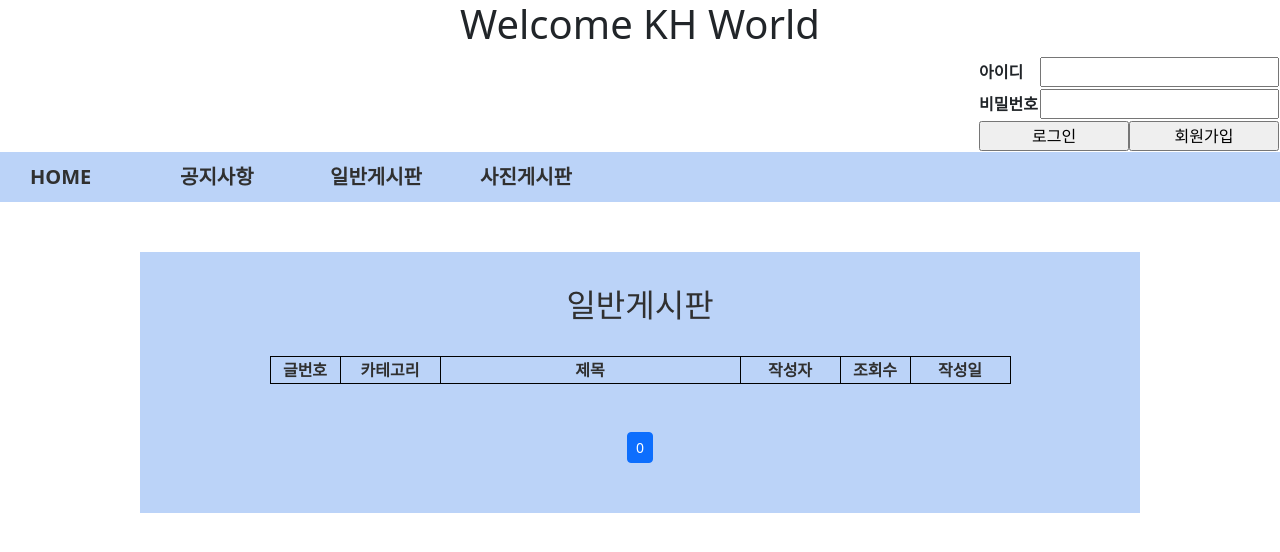
Repository: HwangInTae82/JSPProject
Page: http://localhost/jspProject/views/board/boardListView.jsp
An editor plug-in stored every save of this project. The page is shown before and after the next save, followed by the edit.
The browser window is 1280 px wide. The pictures show the whole page.
The page is served by Tomcat 10. Nobody is signed in. The application's start-up code is not run. Other server files are loaded and not shown. The template is opened directly, without the code that normally fills it, so the values that code supplies are empty.

Above is the page before, as saved 2025-02-27 06:36:03.

### jspProject/src/main/webapp/views/board/boardListView.jsp
<%@ page language="java" contentType="text/html; charset=UTF-8"
	pageEncoding="UTF-8"%>
<!DOCTYPE html>
<html>

<head>
<meta charset="UTF-8">
<meta name="viewport" content="width=device-width, initial-scale=1.0">
<title>Insert title here</title>
<style>
.outer {
	background: rgb(187, 211, 248);
	color: rgb(48, 48, 48);
	width: 1000PX;
	margin: auto;
	margin-top: 50px;
	padding: 10px 0px 50px;
}

.list-area {
	border: 1px solid black;
	text-align: center;
}

.list-area tbody tr:hover {
	background: rgb(210, 227, 252);
	cursor: pointer;
	font-size: 18px;
}

.list-area td, .list-area th {
	border: 1px solid black;
}
</style>
</head>

<body>
	<%@ include file="../common/menubar.jsp"%>

	<div class="outer">
		<br>
		<h2 align="center">일반게시판</h2>
		<br>

		<table align="center" class="list-area">
			<thead>
				<th width="70">글번호</th>
				<th width="100">카테고리</th>
				<th width="300">제목</th>
				<th width="100">작성자</th>
				<th width="70">조회수</th>
				<th width="100">작성일</th>
			</thead>
			<tbody>
				<c:forEach var="b" items="${list }">
					<tr>
						<td>${b.boardNo}</td>
						<td>${b.categoryName}</td>
						<td>${b.boardTitle}</td>
						<td>${b.userId}</td>
						<td>${b.count}</td>
						<td>${b.createDate}</td>
					</tr>
				</c:forEach>
			</tbody>
		</table>

		<br>
		<br>

		<div align="center">
			<c:if test="${pi.currentPage > 1}">
				<button class="btn btn-sm btn-primary">&lt;이전</button>
			</c:if>

			<c:forEach var="p" begin="${pi.startPage}" end="${pi.endPage}">
				<c:choose>
					<c:when test="${p == pi.currentPage}">
					</c:when>
					<c:otherwise>

						<button class="btn btn-sm btn-primary"
							onclick="location.href='${pageContext.request.contextPath}/list.bo?cpage=${p}'">${p}
						</button>
					</c:otherwise>
				</c:choose>
			</c:forEach>

			<c:if test="${pi.currentPage < pi.maxPage}">
				<button class="btn btn-sm btn-primary"
					onclick="location.href='${pageContext.request.contextPath}/list.bo?cpage=${pi.currentPage + 1}'">다음&gt;</button>
			</c:if>
		</div>


	</div>
</body>

</html>

### jspProject/src/main/webapp/views/common/menubar.jsp
<%@ page language="java" contentType="text/html; charset=UTF-8"
	pageEncoding="UTF-8"%>
<%@ taglib prefix="c" uri="http://java.sun.com/jsp/jstl/core"%>
<!DOCTYPE html>
<html>
<head>
<meta charset="UTF-8">
<meta name="viewport" content="width=device-width, initial-scale=1.0">
<title>Insert title here</title>

<!-- jQuery -->
<script
	src="https://ajax.googleapis.com/ajax/libs/jquery/3.7.1/jquery.min.js"></script>

<!-- 부트스트랩 5.3.3 -->
<link
	href="https://cdn.jsdelivr.net/npm/bootstrap@5.3.3/dist/css/bootstrap.min.css"
	rel="stylesheet">
<script
	src="https://cdn.jsdelivr.net/npm/bootstrap@5.3.3/dist/js/bootstrap.bundle.min.js"></script>

<style>
a {
	text-decoration: none;
	color: black;
}

.login-area>* {
	float: right;
}

.login-area input[type="button"], .login-area input[type="submit"] {
	width: 50%;
	float: left;
}

.nav-area {
	background: rgb(187, 211, 248);
	padding : 0px 30px;
}

.menu {
	display: table-cell;
	width: 150px;
	height: 50px;
}

.menu a {
	color: rgb(48, 48, 48);
	font-size: 20px;
	font-weight: bold;
	text-align: center;
	width: 100%;
	height: 100%;
	line-height: 50px;
}
</style>
</head>
<body>
	<c:if test= "${not empty alertMsg}">
		<script>
			alert("${alertMsg}")
		</script>
		<c:remove var="alertMsg" />
	</c:if>

	<h1 align="center">Welcome KH World</h1>
	<div class="login-area">
		<c:choose>
			<c:when test="${empty sessionScope.loginUser}">

				<!-- 로그인 전 -->
				<form action="${pageContext.request.contextPath}/login.me"
					method="post">
					<table>
						<tr>
							<th>아이디</th>
							<th><input type="text" name="userId" required></th>
						</tr>
						<tr>
							<th>비밀번호</th>
							<th><input type="password" name="userPwd" required></th>
						</tr>
						<tr>
							<th colspan="2">
							<input type="submit" value="로그인">
							<input type="button" value="회원가입" onclick="enrollPage();">
								</th>
						</tr>
					</table>
				</form>
				<script>
					function enrollPage(){
						//location.href="${pageContext.request.contextPath}/views/member/memberEnrollForm.jsp";
						//웹 애플리케이션의 디렉터리구조가 url에 노출되면 보안에 취약

						location.href="${pageContext.request.contextPath}/enrollForm.me";
						//단순한 페이지 요청도 servlet을 거쳐갈 것(즉, url에는 서블릿맵핑값만 나타나도록)
					}
				</script>

			</c:when>
			<c:otherwise>
				<div>
					<b>${loginUser.userName}님</b>의 방문을 환영합니다. <br>
					<br>
					<div>
						<a href="${pageContext.request.contextPath}/myPage.me">마이페이지</a>
						<a href="${pageContext.request.contextPath}/logout.me">로그아웃</a>
					</div>
				</div>
			</c:otherwise>
		</c:choose>
	</div>

	<br clear="both">
	<div class="nav-area">
		<div class="menu">
			<a href="${pageContext.request.contextPath}">HOME</a>
		</div>
		<div class="menu">
			<a href="">공지사항</a>
		</div>
		<div class="menu">
			<a href="${pageContext.request.contextPath}/list.bo?cpage=1">일반게시판</a>
		</div>
		<div class="menu">
			<a href="">사진게시판</a>
		</div>

	</div>

</body>
</html>

After the next save:
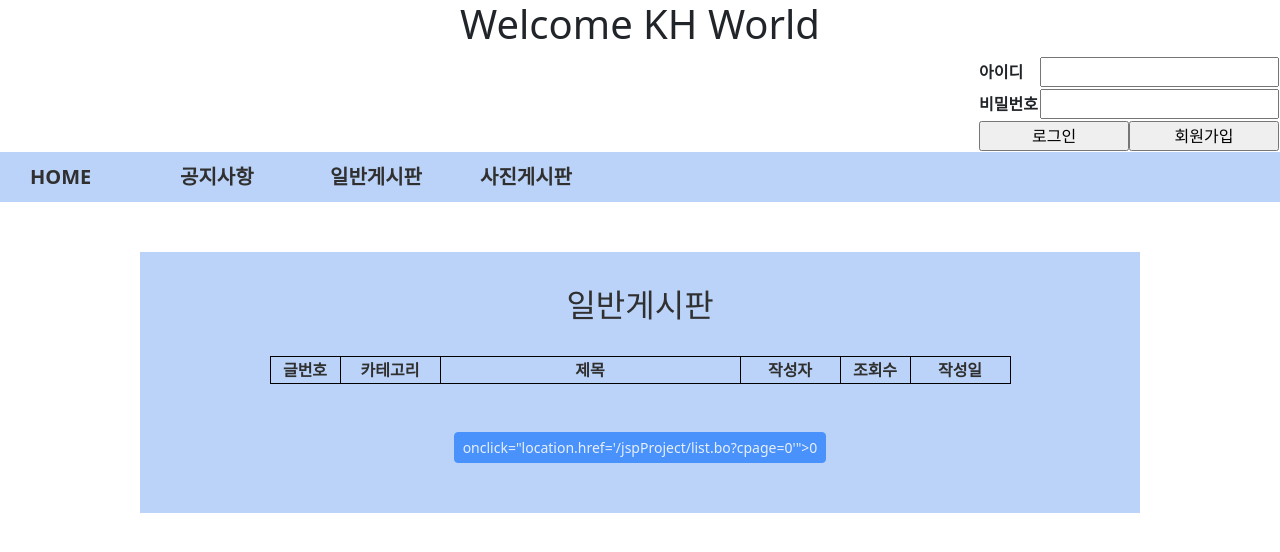
Saved 24 s later.
--- a/jspProject/src/main/webapp/views/board/boardListView.jsp
+++ b/jspProject/src/main/webapp/views/board/boardListView.jsp
@@ -79,7 +79,7 @@
 					</c:when>
 					<c:otherwise>
 
-						<button class="btn btn-sm btn-primary"
+						<button class="btn btn-sm btn-primary" disabled="disabled">
 							onclick="location.href='${pageContext.request.contextPath}/list.bo?cpage=${p}'">${p}
 						</button>
 					</c:otherwise>
